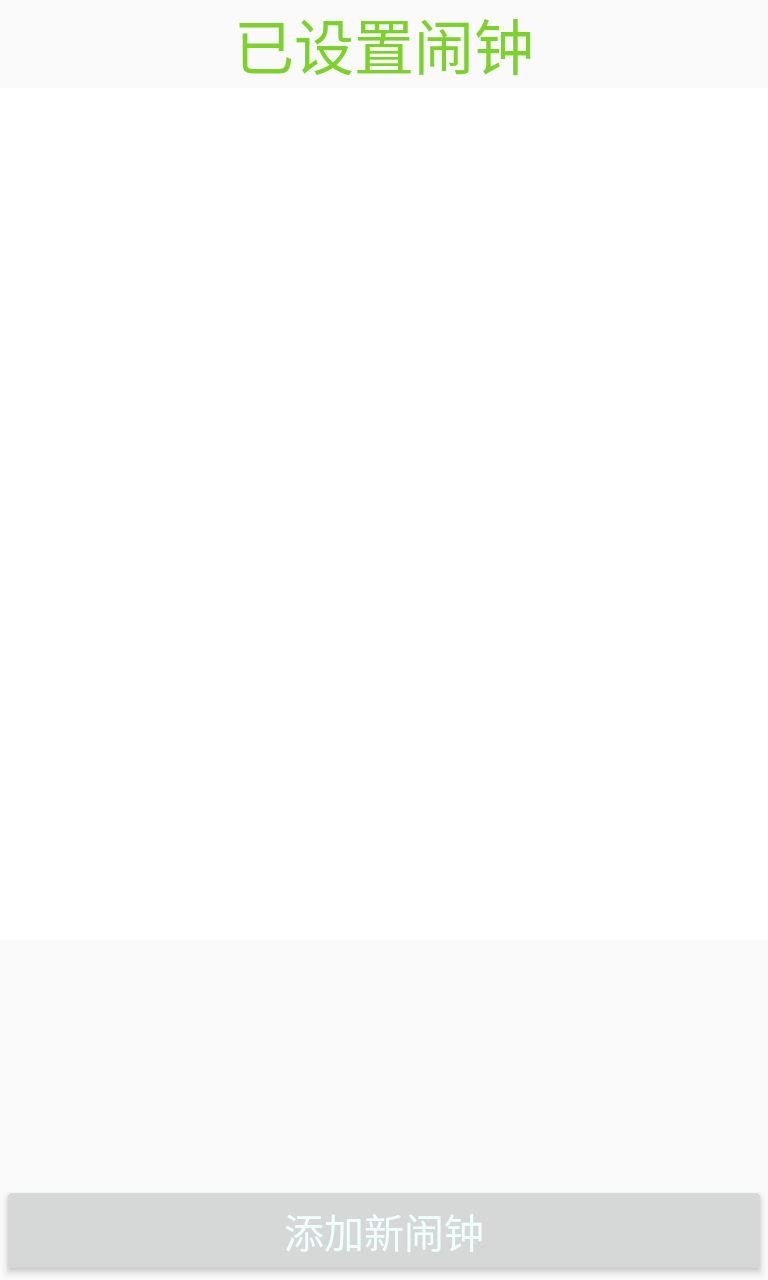
Repository: BigBug2014/BigBugAlarm
Layout: SmileAlarmTask/SmileAlarmTask/res/layout/display.xml
An editor plug-in stored every save of this project. The layout is shown before and after the next save, followed by the edit.
It is drawn on a 768 x 1280 px phone screen (xhdpi) without system bars, with theme AppTheme; the app's code is not run. Lists and similar views that code fills are empty.

Above is the layout before, as saved 2014-12-18 15:11:05.

### SmileAlarmTask/SmileAlarmTask/res/layout/display.xml
<RelativeLayout
    xmlns:android="http://schemas.android.com/apk/res/android"
	android:layout_width="fill_parent"
 	android:layout_height="fill_parent">
 	<!-- 添加一个ListView控件 -->
	<TextView
	    android:id="@+id/text_display"
	    android:layout_width="wrap_content"
	    android:layout_height="wrap_content"
	    android:text="@string/clock_setted"
	    android:textColor="@drawable/lightgreen"
	    android:layout_centerHorizontal="true"
	    android:layout_alignParentTop="true"
	    android:textSize="30sp" />
	<LinearLayout
        android:layout_width="fill_parent"
        android:layout_height="wrap_content"
        android:layout_below="@+id/text_display"
        android:baselineAligned="false"
        android:background="#00FF00">

        <ListView
            android:id="@+id/MyListView"
            android:layout_width="0dip"
            android:layout_height="426dp"
            android:layout_weight="1"
            android:background="#FFFFFF" >

        </ListView>
    </LinearLayout>
 	<Button
 	    android:id="@+id/newClock"
 	    android:layout_width="fill_parent"
 	    android:layout_height="wrap_content"
 	    android:layout_alignParentBottom="true"
 	    android:layout_alignParentLeft="true"
 	    android:text="@string/clock_new"
 	    android:textColor="@drawable/azure"
 	    android:textSize="20sp" />


  </RelativeLayout>

### SmileAlarmTask/SmileAlarmTask/res/values/strings.xml
<?xml version="1.0" encoding="utf-8"?>
<resources>

    <string name="app_name">Smile Alarm</string>
    <string name="hello_world">Hello world!</string>
    <string name="action_settings">Settings</string>
    <string name="clock_show">查看已有闹钟</string>
    <string name="clock_setted">"已设置闹钟"</string>
    <string name="clock_new">"添加新闹钟"</string>
	<string name="hello">Hello World, EX06_10</string>
	<string name="str_button1">设置闹钟</string>
	<string name="str_button2">删除闹钟</string>
	<string name="str_buttonS">Setting</string>
	<string name="str_title1">只响一次的闹钟</string>
	<string name="str_title2">重复响起的闹钟</string>
	<string name="str_default">目前无设置</string>
	<string name="str_text1">开始时间</string>
	<string name="str_text2">重复响起的闹钟</string>
	<string name="str_text3">秒</string>
	<string name="list1_name">List1</string>
    <!-- This part is for the xml of setting activity -->
	<string name="str_melody">选择铃声</string>
	<string name="str_mode">选择模式</string>
	<string name="str_info">关于闹钟</string>
	<string name="str_right">Copyright reserved by BigBug Team, 2014</string>
	<string name="str_info1">本软件旨在将模式识别、人机交互引入传统闹钟，对唤醒方式进行革新，令你开心面对每一天！</string>
	<string name="str_info2">通过设置按钮，你可以更改闹铃曲目，勾选对应条目前的方框以启用闹钟解锁方式；通过新闹钟按钮，你可以设置新的闹钟时间，你最多可同时拥有三个闹钟。</string>
	<string name="str_return">返回</string>
	<string name="str_cb1">微笑解锁</string>
	<string name="str_cb2">声音解锁</string>
	<string name="str_cb3">文本解锁</string>
	<string name="face_button">表情解锁</string>
	<string name="voice_button">声音解锁</string>
    <string name="fix_button">默认解锁</string>
</resources>

### SmileAlarmTask/SmileAlarmTask/res/values/color.xml
<?xml version="1.0" encoding="utf-8"?>
<resources>
	<drawable name="white">#FFFFFFFF</drawable><!--白色 -->
	<drawable name="black">#000000</drawable>
	<drawable name="blue">#0000FF</drawable>
	<drawable name="red">#FF0000</drawable>
	<drawable name="lightgreen">#7cd12e</drawable>
	<drawable name="darkgray">#808080FF</drawable>
	<drawable name="beige">#F5F5DC</drawable><!--米色 -->
	<drawable name="azure">#F0FFFF</drawable><!--天蓝色 -->
	<drawable name="yellow">#FFFF00</drawable><!--黄色 -->
	<drawable name="bisque">#FFE4C4</drawable><!--桔黄色 -->
	<drawable name="gold">#FFD700</drawable><!--金色 -->
	<drawable name="pink">#FFC0CB</drawable><!--粉红色 -->
</resources>

Loaded but not shown: SmileAlarmTask/SmileAlarmTask/res/values/styles.xml (common file); SmileAlarmTask/SmileAlarmTask/res/values-v11/styles.xml (common file); SmileAlarmTask/SmileAlarmTask/res/values-v14/styles.xml (common file)

After the next save:
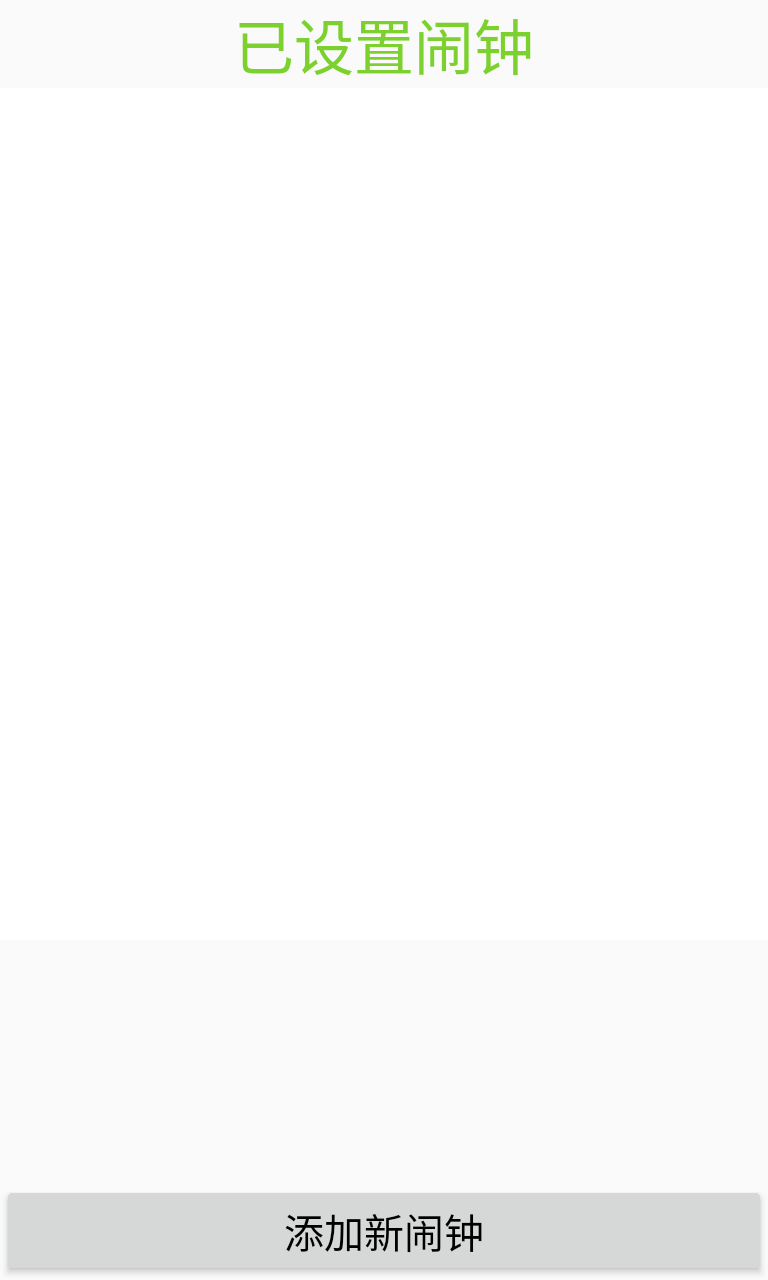
Saved 4 s later.
--- a/SmileAlarmTask/SmileAlarmTask/res/layout/display.xml
+++ b/SmileAlarmTask/SmileAlarmTask/res/layout/display.xml
@@ -35,7 +35,7 @@
  	    android:layout_alignParentBottom="true"
  	    android:layout_alignParentLeft="true"
  	    android:text="@string/clock_new"
- 	    android:textColor="@drawable/azure"
+ 	    android:textColor="@drawable/black"
  	    android:textSize="20sp" />
 
 
